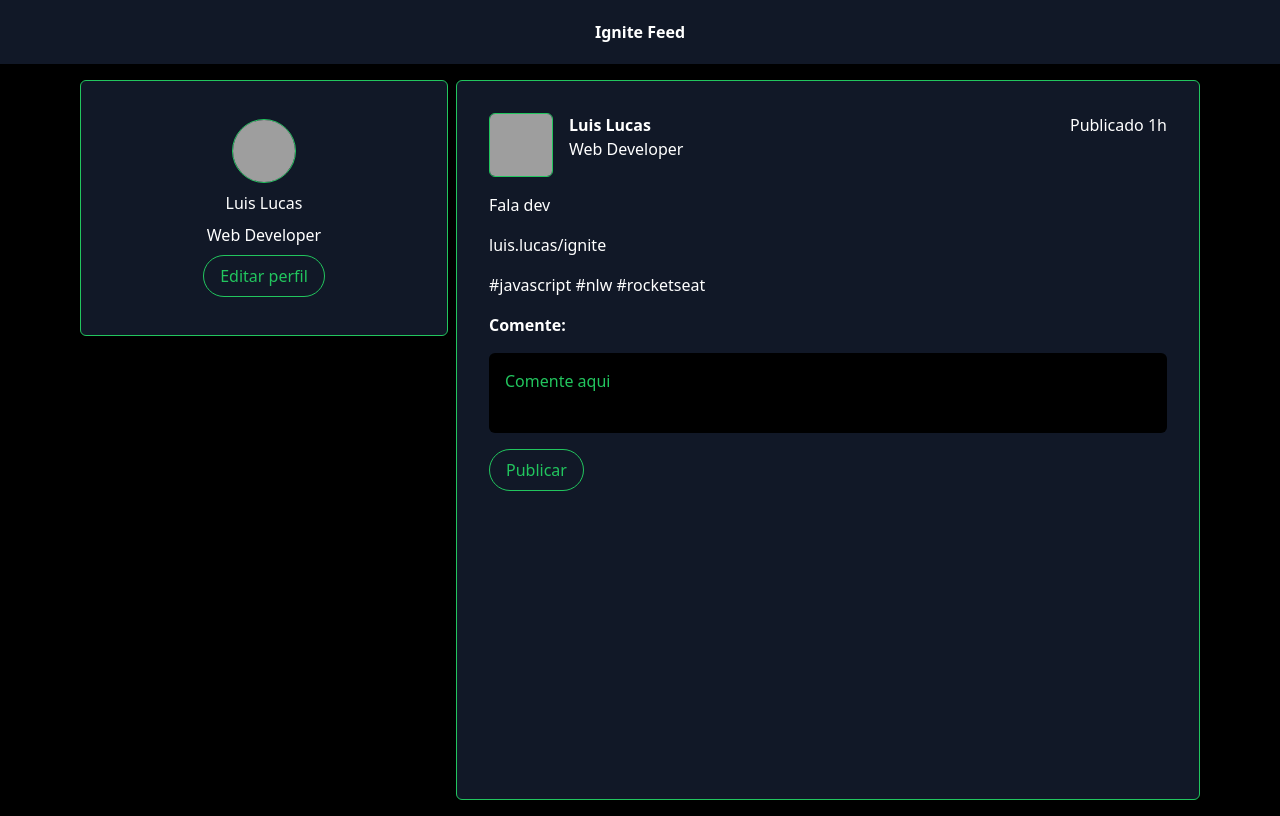
Repository: LuisSempre/ignite-feed
Page: /
These files come from the project's save history. The page is drawn as it stood at one moment and after a run of saves; the edit follows.
The browser window is 1280 px wide. The pictures show the whole page.
Pictures or frames that could not be fetched are drawn as grey boxes. The project was rebuilt for these pictures with package versions that can differ from the ones it lists, and the page was loaded fresh each time. Also part of the build but not shown: vite.config.js.

Above is the page before, as saved 2022-07-13 23:54:30.

After the next 2 saves:
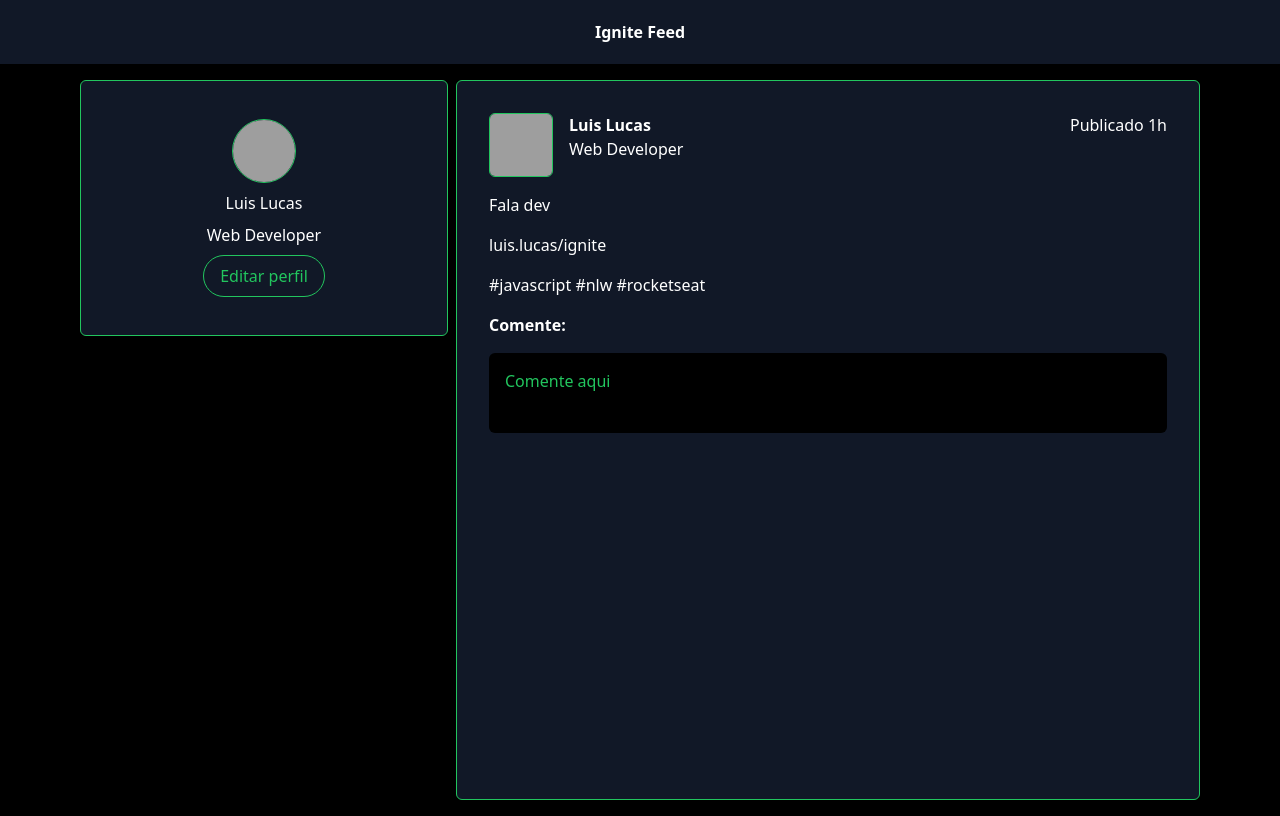
The 2 saves are shown as one change because they came seconds apart.
The last was saved 43 s later.
--- a/src/Components/Post.jsx
+++ b/src/Components/Post.jsx
@@ -28,7 +28,7 @@ export function Post() {
         <textarea className="w-full rounded-md bg-black placeholder-green-500 p-4 resize-none focus:-green-500" placeholder="Comente aqui" />
         <button
         type="submit"
-        className="border border-green-500 rounded-full px-4 py-2 text-green-500"
+        className="border border-green-500 rounded-full px-4 py-2 text-green-500 hidden"
         >Publicar</button>
       </form>
     </div>

After the save that followed:
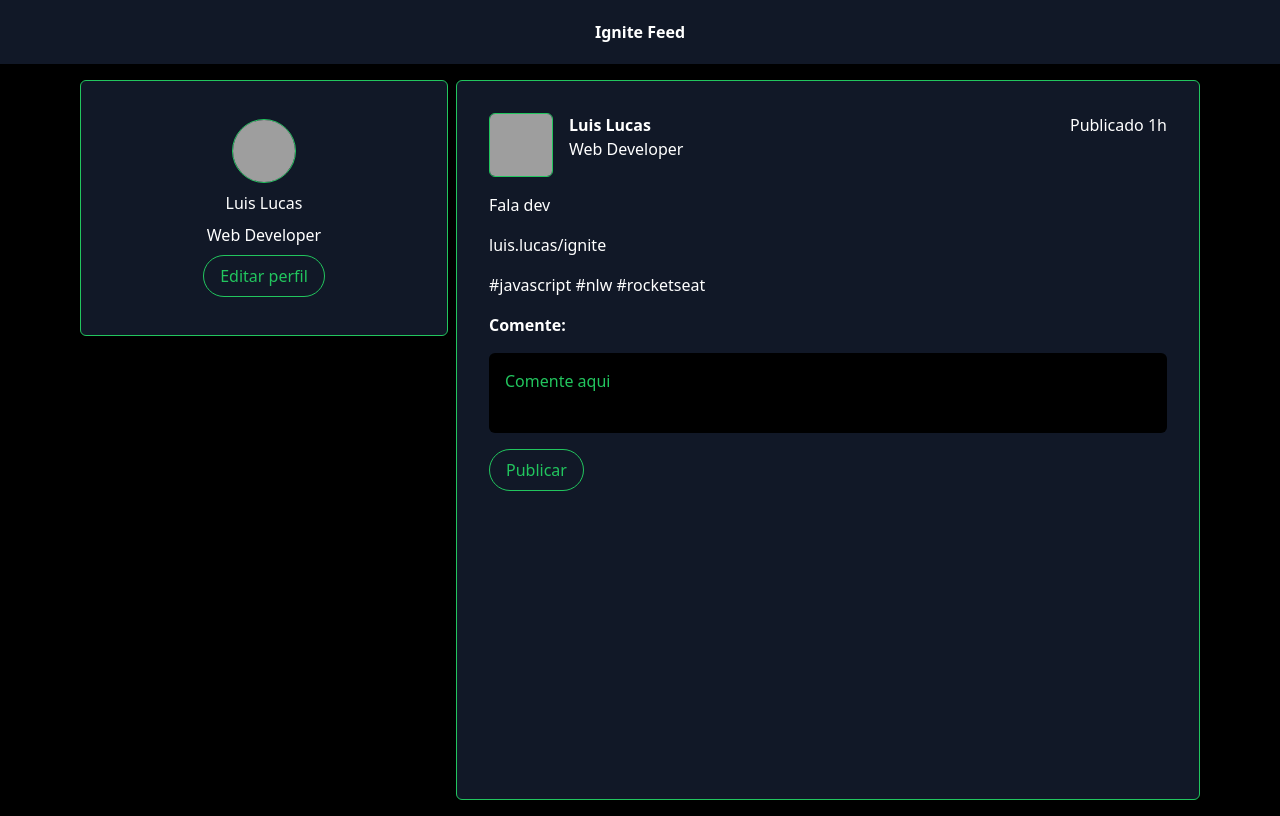
Saved 37 s later.
--- a/src/Components/Post.jsx
+++ b/src/Components/Post.jsx
@@ -28,7 +28,7 @@ export function Post() {
         <textarea className="w-full rounded-md bg-black placeholder-green-500 p-4 resize-none focus:-green-500" placeholder="Comente aqui" />
         <button
         type="submit"
-        className="border border-green-500 rounded-full px-4 py-2 text-green-500 hidden"
+        className="border border-green-500 rounded-full px-4 py-2 text-green-500"
         >Publicar</button>
       </form>
     </div>
